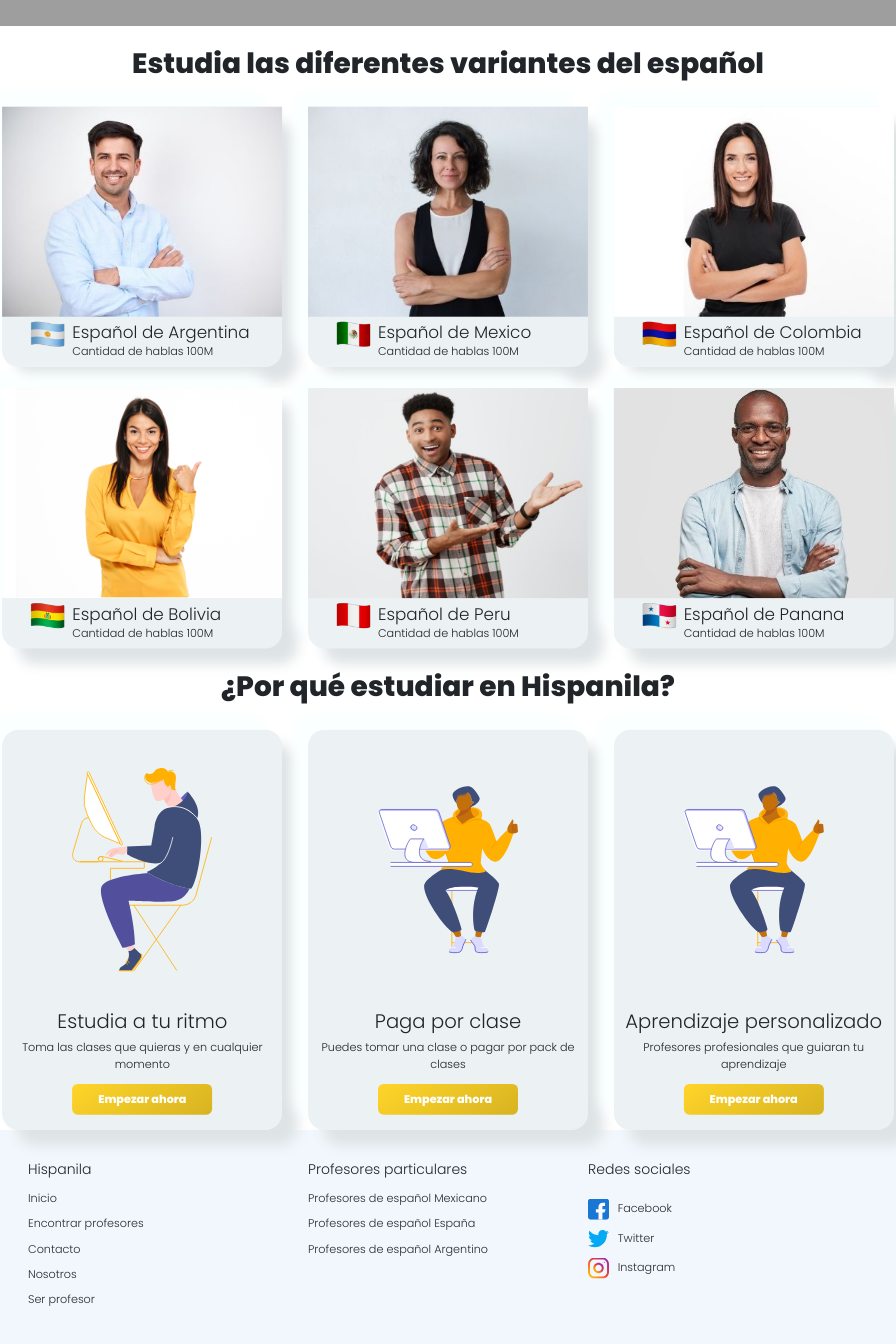
Repository: AgustinGarciaDev/Hispanila
Page: index.html
These files come from the project's save history. The page is drawn as it stood at one moment and after the next save; the edit follows.
The browser window is 1280 px wide. The pictures show the part of the page from y = 629 to 2549 px (the page is 2549 px tall), at 70% of full size.
Pictures or frames that could not be fetched are drawn as grey boxes. Some web libraries are served in a nearby version. The style sheet was rebuilt from its Sass, Less or Tailwind sources for each picture, by a compiler version that may differ from the author's.

Above is the page before, as saved 2021-01-28 22:46:26.

### index.html
<!DOCTYPE html>
<html lang="en">

<head>
    <meta charset="UTF-8">
    <title>Inicio</title>
    <meta name="viewport" content="width=device-width, user-scalable=no">
    <meta name="description" content="Encontra profesor que se adecue a tus objetivos y logra tus metas. Aprende las distintas variantes del español en Hispanila">
    <meta name="keywords" content="español , hispanila, profesores, profesor">
    <link rel="stylesheet" href="https://cdnjs.cloudflare.com/ajax/libs/animate.css/4.1.1/animate.min.css" />
    <link rel="stylesheet" href="https://use.fontawesome.com/releases/v5.8.1/css/all.css" integrity="sha384-50oBUHEmvpQ+1lW4y57PTFmhCaXp0ML5d60M1M7uH2+nqUivzIebhndOJK28anvf" crossorigin="anonymous">
    <link rel="preconnect" href="https://fonts.gstatic.com">
    <link rel="preconnect" href="https://fonts.gstatic.com">
    <link href="https://fonts.googleapis.com/css2?family=Poppins:ital,wght@0,200;0,300;0,800;0,900;1,200;1,500&display=swap" rel="stylesheet">
    <link href="https://fonts.googleapis.com/css2?family=Archivo:ital@0;1&display=swap" rel="stylesheet">
    <link href="https://cdn.jsdelivr.net/npm/bootstrap@5.0.0-beta1/dist/css/bootstrap.min.css" rel="stylesheet" integrity="sha384-giJF6kkoqNQ00vy+HMDP7azOuL0xtbfIcaT9wjKHr8RbDVddVHyTfAAsrekwKmP1" crossorigin="anonymous">
    <link rel="stylesheet" href="./css/style.css">
    <link rel="stylesheet" href="stylemod.css">

</head>

<body>
    <header>
        <nav class="navbar navbar-expand-lg navbar-light bg-light nav-color">
            <div class="container-fluid">
                <a class="navbar-brand" href="./index.html"><img src="./img/Hispanila_opt.png" alt=""></a>
                <button class="navbar-toggler" type="button" data-bs-toggle="collapse" data-bs-target="#navbarSupportedContent" aria-controls="navbarSupportedContent" aria-expanded="false" aria-label="Toggle navigation">
            <span class="navbar-toggler-icon"></span>
          </button>
                <div class="collapse navbar-collapse" id="navbarSupportedContent">
                    <ul class="navbar-nav me-auto mb-2 mb-lg-0">
                        <li class="nav-item">
                            <a class="nav-link active" aria-current="page" href="./index.html">Inicio</a>
                        </li>
                        <li class="nav-item">
                            <a class="nav-link" href="./we.html">Nosotros</a>
                        </li>
                        <li class="nav-item">
                            <a class="nav-link" href="./contact.html">Contacto</a>
                        </li>
                        <li class="nav-item">
                            <a class="nav-link" href="./searchteacer.html">Buscar profesores</a>
                        </li>
                    </ul>
                </div>
            </div>
        </nav>
    </header>
    <main>
        <div class="hero">
            <div class="box">
                <div class="animate__animated animate__backInLeft">
                    <h1 class="hero__title_h1">Empeza hoy con tus clases de español</h1>
                </div>

                <p class="hero__title_p">Toma tus clases desde cualquier parte del mundo!</p>
                <a class="hero__bottom" href="#" role="button">EMPEZAR HOY</a>
            </div>

        </div>
        <div class="animate__animated animate__backInLeft">
            <h2 class="Tittle_h2">Estudia las diferentes variantes del español</h2>
        </div>
        <div class="block-band">
            <div class="card-band ">

                <a href="./searchteacer.html"> <img class="teacher-photo" src="./img/teacher-arg.jpg" alt=""></a>
                <div class="content-band">
                    <a href="./searchteacer.html"> <img class="band" src="./img/argentina.png" alt=""></a>
                    <div class="info-card">
                        <a href="./searchteacer.html" class="link">
                            <h4>Español de Argentina</h4>
                            <p>Cantidad de hablas 100M</p>
                        </a>
                    </div>
                </div>
            </div>
            <div class="card-band">
                <a href="./searchteacer.html"> <img class="teacher-photo" src="./img/woman-teacher-mex.jpg" alt="profesora de mexico">
                    <div class="content-band">
                        <img class="band" src="./img/mexico.png" alt="">
                        <div class="info-card">
                            <a href="./searchteacer.html" class="link">
                                <h4>Español de Mexico</h4>
                                <p>Cantidad de hablas 100M</p>
                            </a>
                        </div>
                    </div>
                </a>
            </div>

            <div class="card-band">
                <a href="./searchteacer.html"><img class="teacher-photo" src="./img/women-teacher.jpg" alt="">
                    <div class="content-band">
                        <img class="band" src="./img/ecuador.png" alt="">
                        <div class="info-card">
                            <a href="./searchteacer.html" class="link">
                                <h4>Español de Colombia</h4>
                                <p>Cantidad de hablas 100M</p>
                            </a>
                        </div>
                    </div>
                </a>
            </div>
            <div class="card-band ">
                <img class='teacher-photo' src="./img/woman-bo.png " alt=" ">
                <div class="content-band ">
                    <img class="band " src="./img/bolivia.png " alt=" ">
                    <div class="info-card ">
                        <a href="./searchteacer.html" class="link">
                            <h4>Español de Bolivia</h4>
                            <p>Cantidad de hablas 100M</p>
                        </a>

                    </div>
                </div>
            </div>
            <div class="card-band ">
                <img class='teacher-photo' src="./img/teacher-peru.png " alt=" ">
                <div class="content-band ">
                    <img class="band " src="./img/peru.png " alt=" ">
                    <div class="info-card ">
                        <a href="./searchteacer.html" class="link">
                            <h4>Español de Peru</h4>
                            <p>Cantidad de hablas 100M</p>
                        </a>

                    </div>
                </div>
            </div>
            <div class="card-band ">
                <img class='teacher-photo' src="./img/teacher-panama.jpg " alt="profesor de panama ">
                <div class="content-band ">
                    <img class="band " src="./img/panama.png " alt=" ">
                    <div class="info-card ">
                        <a href="./searchteacer.html" class="link">
                            <h4>Español de Panana</h4>
                            <p>Cantidad de hablas 100M</p>
                        </a>

                    </div>
                </div>
            </div>
        </div>
        </div>
        <div class="animate__animated animate__backInLeft ">
            <h2 class="Tittle_h2">¿Por qué estudiar en Hispanila?</h2>
        </div>
        <section>
            <div class="block-band">
                <div class="card__study__resson">
                    <img class="card__study__img" src="/img/svg/character 6.svg" alt="chico sentado en la computadora">
                    <h3 class="card__study_text">Estudia a tu ritmo</h1>
                        <p class="card__study_text">Toma las clases que quieras y en cualquier momento</p>
                        <a class="card__study__btn" href="">Empezar ahora</a>
                </div>
                <div class="card__study__resson">
                    <img class="card__study__img" src="/img/svg/character 16.svg" alt="chico sentado en la computadora">
                    <h3 class="card__study_text">Paga por clase</h1>
                        <p class="card__study_text">Puedes tomar una clase o pagar por pack de clases</p>
                        <a class="card__study__btn" href="">Empezar ahora</a>
                </div>
                <div class="card__study__resson">
                    <img class="card__study__img" src="/img/svg/character 16.svg" alt="chico sentado en la computadora">
                    <h3 class="card__study_text">Aprendizaje personalizado</h1>
                        <p class="card__study_text">Profesores profesionales que guiaran tu aprendizaje</p>
                        <a class="card__study__btn" href="">Empezar ahora</a>
                </div>
            </div>
        </section>
    </main>
    <footer class="footer ">
        <div class="list__footer ">
            <p class="list__footer__p-modifier ">Hispanila</p>
            <li class="list__footer__li-modifier "> <a class="list__footer__a-modifier " href="/index.html ">Inicio</a></li>
            <li class="list__footer__li-modifier "> <a class="list__footer__a-modifier " href="/searchteacer.html ">Encontrar profesores</a></li>
            <li class="list__footer__li-modifier "><a class="list__footer__a-modifier " href="/contacte.html ">Contacto</a></li>
            <li class="list__footer__li-modifier "><a class="list__footer__a-modifier " href="/we.html ">Nosotros</a></li>
            <li class="list__footer__li-modifier "><a class="list__footer__a-modifier " href="/we.html ">Ser profesor</a></li>
        </div>
        <div class="list__footer ">
            <p class="list__footer__p-modifier ">Profesores particulares</p>
            <li class="list__footer__li-modifier "> <a class="list__footer__a-modifier " href=" https://www.facebook.com/ "> Profesores de español Mexicano</a></li>
            <li class="list__footer__li-modifier "><a class="list__footer__a-modifier " href="https://twitter.com/home "> Profesores de español España</a></li>
            <li class="list__footer__li-modifier "><a class="list__footer__a-modifier " href="https://www.instagram.com/ "> Profesores de español Argentino</a></li>
        </div>

        <div class="list__footer ">
            <p class="list__footer__p-modifier "> Redes sociales</p>
            <li class="list__footer__li-modifier "></li><img class="list__footer__img-modifier " src="./img/facebook.svg " alt=" "> <a class="list__footer__a-modifier " href="https://www.facebook.com/ ">Facebook</a></li>
            <li class="list__footer__li-modifier "></li><img class="list__footer__img-modifier " src="./img/gorjeo.svg " alt=" "> <a class="list__footer__a-modifier " href="https://twitter.com/home ">Twitter</a></li>
            <li class="list__footer__li-modifier "></li><img class="list__footer__img-modifier " src="./img/instagram.svg " alt=" "> <a class="list__footer__a-modifier " href="https://www.instagram.com/ ">Instagram</a></li>
        </div>
    </footer>
    <script src="https://cdn.jsdelivr.net/npm/bootstrap@5.0.0-beta1/dist/js/bootstrap.bundle.min.js " integrity="sha384-ygbV9kiqUc6oa4msXn9868pTtWMgiQaeYH7/t7LECLbyPA2x65Kgf80OJFdroafW " crossorigin="anonymous "></script>
</body>

</html>

### scss/style.scss
@import"variables";
@import "header";
@import "footer";
@import "body";
@import "contac";
@import "profile";
@import "aboutUs";

### scss/_variables.scss
/* TIPOGRAFIAS */

$font-body: 'Poppins',
sans-serif;

/* SIZE TIPOGRAFIAS */

$nameteacher: 16px;
$titulocontacto: 20px;

/* ICONOS COLOR */

$color-start-icon: #FEC400;
$color-social:gray;

/*Color background*/

$color-box: linear-gradient(145deg, #d8e8f2, #b6c3cb);

/*Padding*/

$padding-currilum: 40px;

### scss/_header.scss
header {
    position: sticky;
    top: 0;
    z-index: 5;
}

### scss/_footer.scss
.footer {
    background-color: #F2F7FD;
    display: grid;
    grid-template-columns: repeat(3, 1fr);
    padding: 40px;
}

.list__footer__p-modifier {
    font-size: 20px;
}

.list__footer__li-modifier {
    list-style: none;
    align-items: center;
    display: flex;
    margin-bottom: 12px;
}

.list__footer__a-modifier {
    text-decoration: none;
    color: #252b2f;
}

.list-footer a:hover {
    text-decoration: underline;
}

.list__footer__img-modifier {
    width: 30px;
    height: 30px;
    margin-right: 8px;
}

@media (max-width: 768px) {
    .footer {
        display: flex;
        flex-wrap: wrap;
    }
    .list__footer {
        padding-left: 10px;
        padding-right: 10px;
        justify-content: center;
    }
}

@media (max-width: 520px) {}

### scss/_body.scss
body {
    margin: 0;
    font-family: $font-body;
}

### scss/_contac.scss
.row {
    margin-right: 0;
}

.email_img {
    width: 100%;
}

.icons__list {
    display: flex;
    justify-content: center;
}

.icons__list_a {
    text-decoration: none;
    color: $color-social;
    padding-bottom: 10px;
    padding-left: 5px;
    padding-right: 5px;
}

.icons__list__redsocial {
    display: flex;
    flex-direction: row;
    padding-top: 10px;
    justify-content: center;
}

.icons__list_logo_Redes {
    color: $color-social;
    font-size: 35px;
    margin: 0 10px;
}

.text-contact__h2 {
    font-size: $titulocontacto;
}

@media (max-width: 520px) {
    .text-contact__h1 {
        text-align: center;
    }
    .text-contact__h2 {
        font-size: $titulocontacto -7;
        text-align: center;
    }
}

### scss/_profile.scss
    .layout {
        display: grid;
        grid-template-columns: 2fr 1fr;
        grid-template-rows: 1fr;
        grid-column-gap: 10px;
        grid-row-gap: 10px;
        padding: 20px;
    }

    .layout__infoteache__video-modifier {
        width: 100%;
        height: 500px;
    }

    .layout__profile {
        border-radius: 8px;
        background: #ffffff;
        box-shadow: 8px 8px 55px #d9d9d9, -8px -8px 55px #ffffff;
    }

    .layaout__datachecher__layout__img-modifier {
        width: 80px;
        height: 80px;
        border-radius: 50%;
        display: flex;
        margin: auto;
    }

    .layaout__datachecher__h1-modifier {
        font-size: 30px;
        font-weight: 600;
    }

    .layaout__datachecher__h2-modifier {
        font-size: 14px;
    }

    .scoreteacher {
        display: flex;
        flex-direction: row;
    }

    .scoreteacher__icon--modifier {
        color: $color-start-icon;
        margin-top: 28px;
        margin-bottom: 2px;
    }

    .scoreteacher__number--modifier {
        margin-top: 26px;
        margin-bottom: 2px;
        padding-left: 9px;
    }

    .layout__sepator {
        border: 1px solid #10101030;
        margin: 10px;
    }

    .card {
        margin-bottom: 15px;
        margin-top: 15px;
    }

    .card-body {
        display: flex;
    }

    .clases__titulo-Modifier {
        font-size: 25px;
        font-size: 500;
    }

    .curriculum {
        margin: 30px 0;
        border-radius: 8px;
        background: #ffffff;
        box-shadow: 8px 8px 55px #d9d9d9, -8px -8px 55px #ffffff;
        padding: $padding-currilum;
    }

    .lessons__box {
        padding: 40px;
        margin: 30px 0;
        border-radius: 8px;
        background: #ffffff;
        box-shadow: 8px 8px 55px #d9d9d9, -8px -8px 55px #ffffff;
    }

    .Comentary {
        margin-top: 20px;
        background: #ffffff;
        box-shadow: 8px 8px 55px #d9d9d9, -8px -8px 55px #ffffff;
        padding: 30px;
    }

    .personaldata {
        display: flex;
        flex-direction: row;
    }

    .Comentary__grid {
        margin-top: 40px;
        display: grid;
        grid-template-columns: 1fr 1fr;
        grid-template-rows: 1fr 1fr 1fr;
        grid-row-gap: 30px;
    }

    .Comentary__layout {
        width: 350px;
        height: 140px;
        padding: 10px;
        background: rgba( 255, 255, 255, 0.00);
        box-shadow: 0 8px 10px 0 rgba( 31, 38, 135, 0.37);
        border-radius: 10px;
    }

    .personaldata img {
        border-radius: 50%;
        width: 50px;
        height: 50px;
    }

    .Reserva {
        position: sticky;
        top: 100px;
        height: 350px;
        border-radius: 8px;
        background: #ffffff;
        box-shadow: 8px 8px 55px #d9d9d9, -8px -8px 55px #ffffff;
    }

    .Reserva__precios_layout {
        padding-bottom: 10px;
        padding-top: 10px;
    }

    .boton__ML {
        display: flex;
        justify-content: center;
    }

    .mercadopago-button {
        height: 40px;
        font-weight: 300px;
        font-family: $font-body;
        background-color: #00b1ff!important;
        width: 100%;
        border-radius: 1px;
        background: $color-box;
        box-shadow: 5px 5px 9px #b8c5ce, -5px -5px 9px #dcedf6;
    }

    .Reserva__divider {
        border: 1px solid gray;
    }

    .Reserva__contact {
        text-align: center;
        padding: 20px;
    }

    .Reserva__contact_boton {
        display: block;
        font-weight: 400;
        padding: 20px;
        text-decoration: none;
        color: white;
        background: #48af41!important;
        border-radius: 1px;
        border-radius: 1px;
        background: $color-box;
        box-shadow: 5px 5px 9px #b8c5ce, -5px -5px 9px #dcedf6;
    }
    /* Responsive */

    @media (max-width: 890px) {
        .layout {
            display: flex;
            flex-direction: column;
        }
        .Comentary__grid {
            display: flex;
            flex-wrap: wrap;
        }
        .Comentary__layout {
            width: 100%;
        }
        .Reserva {
            position: relative;
            top: 0;
            width: 100%;
            height: 350px;
        }
    }

    @media (max-width: 520px) {
        .layout__infoteache__video-modifier {
            height: 240px;
        }
        .layout__scoreteacher {
            margin-left: 132px;
        }
        .layout__dateacher_info {
            margin-left: -9px;
        }
        .Reserva__contact_boton {
            width: 200px;
            height: 70px;
            display: inline-block;
            padding: 10px;
        }
        .card-body {
            flex-direction: column;
            align-items: center;
        }
        .curriculum {
            padding: $padding-currilum -30;
        }
    }

### scss/_aboutUs.scss
    .About__tittle-h1 {
        text-align: center;
        padding: 20px 0;
    }

    .About__img {
        display: flex;
        justify-content: center;
        align-items: center;
    }

    .About__img--modifier {
        width: 900px;
        height: 600px;
    }

    .About__history {
        text-align: center;
        margin: 10px 500px;
    }

    .About_compromise_img {
        width: 400px;
        height: 300px;
    }

    .Value {
        margin-top: 40px;
    }

    .Value_p--modifier {
        font-size: 40px;
        font-weight: 500px;
    }

    @media (max-width: 890px) {
        .About__img--modifier {
            width: 100%;
            height: auto;
        }
        .About__history {
            margin: 10px 20px;
        }
    }

    @media (max-width: 570px) {
        .About_compromise_img {
            height: 300px;
        }
        .About_compromise__responsive {
            flex-direction: column-reverse;
            display: flex;
        }
        .Value {
            display: flex;
            align-items: center;
            justify-content: center;
        }
        .Value__box {
            display: flex;
            flex-direction: column;
            justify-content: center;
        }
    }

Loaded but not shown: stylemod.css (329 lines, source omitted)

After the next save:
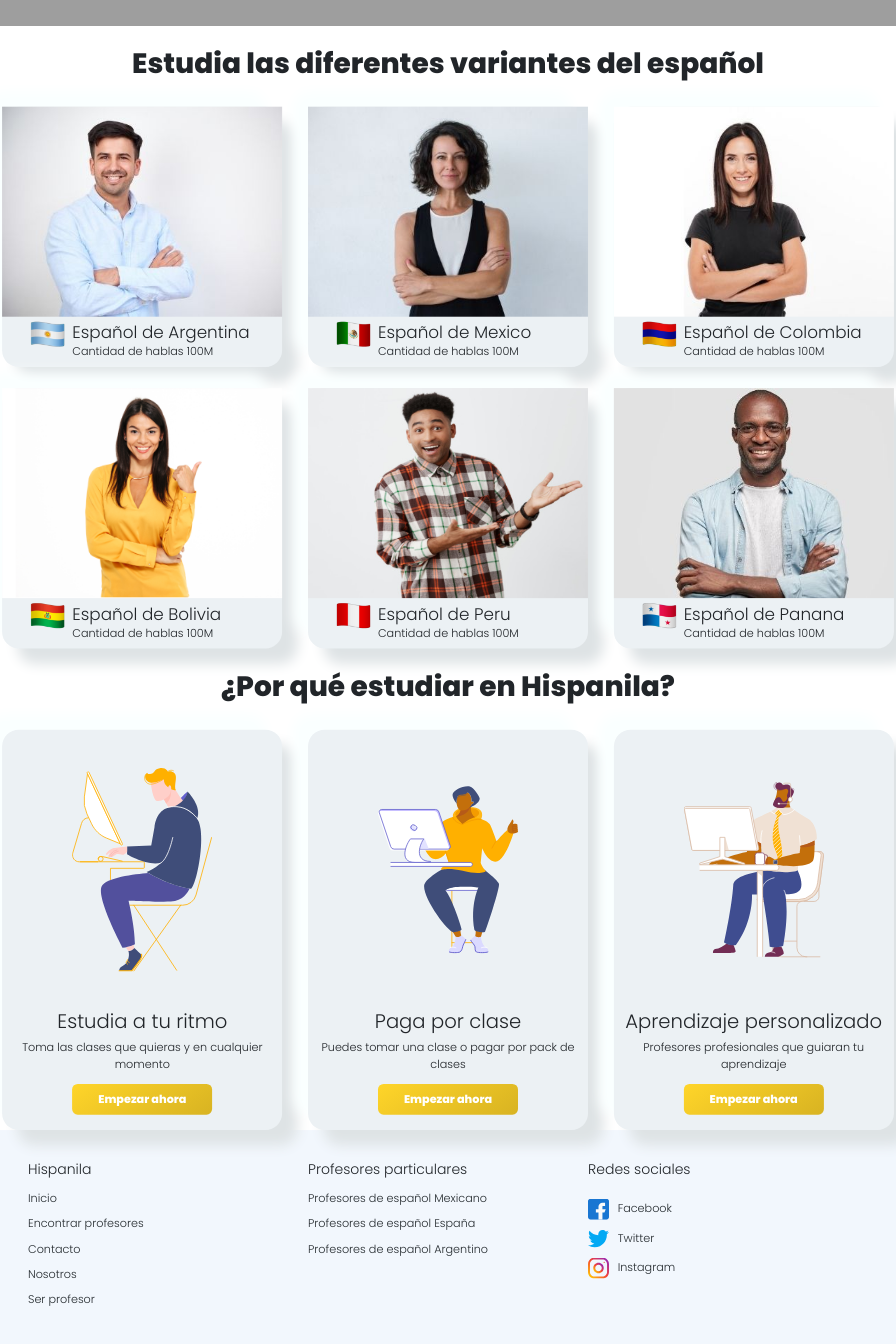
Saved 78 s later.
--- a/index.html
+++ b/index.html
@@ -161,7 +161,7 @@
                         <a class="card__study__btn" href="">Empezar ahora</a>
                 </div>
                 <div class="card__study__resson">
-                    <img class="card__study__img" src="/img/svg/character 16.svg" alt="chico sentado en la computadora">
+                    <img class="card__study__img" src="/img/svg/character 12.svg" alt="chico sentado en la computadora">
                     <h3 class="card__study_text">Aprendizaje personalizado</h1>
                         <p class="card__study_text">Profesores profesionales que guiaran tu aprendizaje</p>
                         <a class="card__study__btn" href="">Empezar ahora</a>
